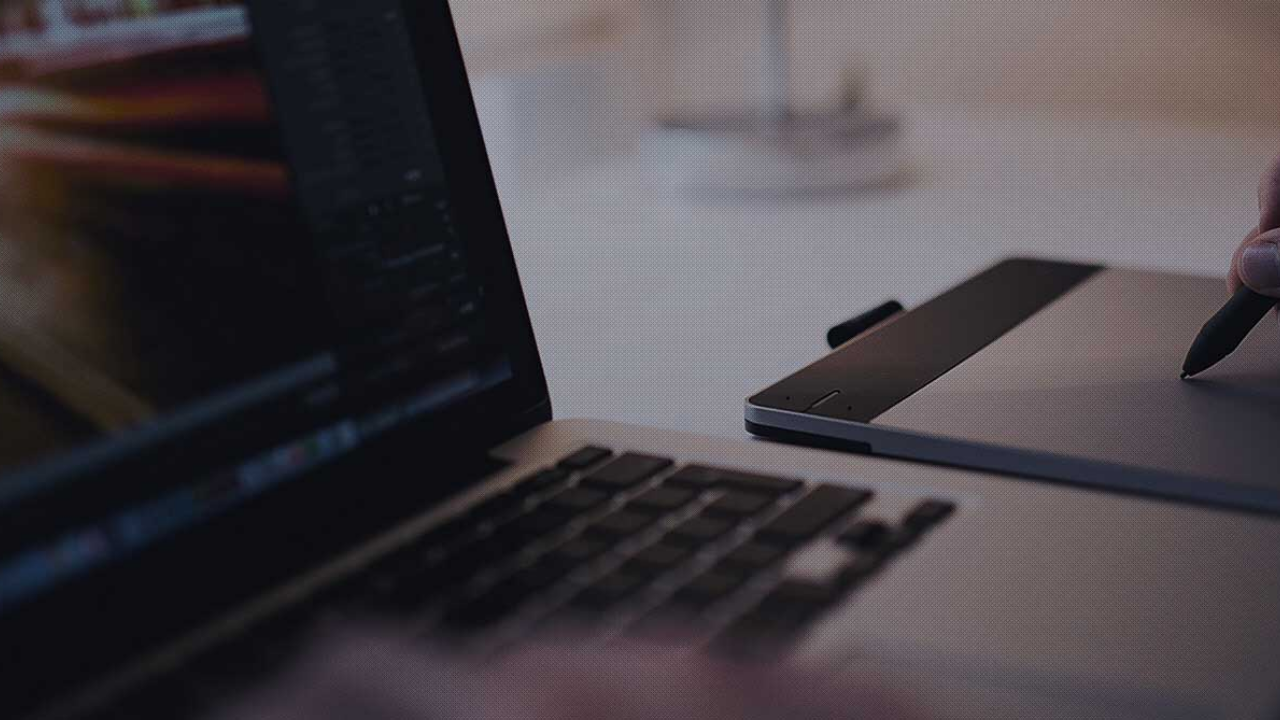
Repository: Burgess-zyl/project
Page: index.html
The author's editor kept a copy of each file at every save. The page is drawn from the files as they stood at one save, then again after the next save.
The browser window is 1280 px wide. The pictures show the whole page.

Above is the page before, as saved 2018-08-13 16:50:13.

After the next save:
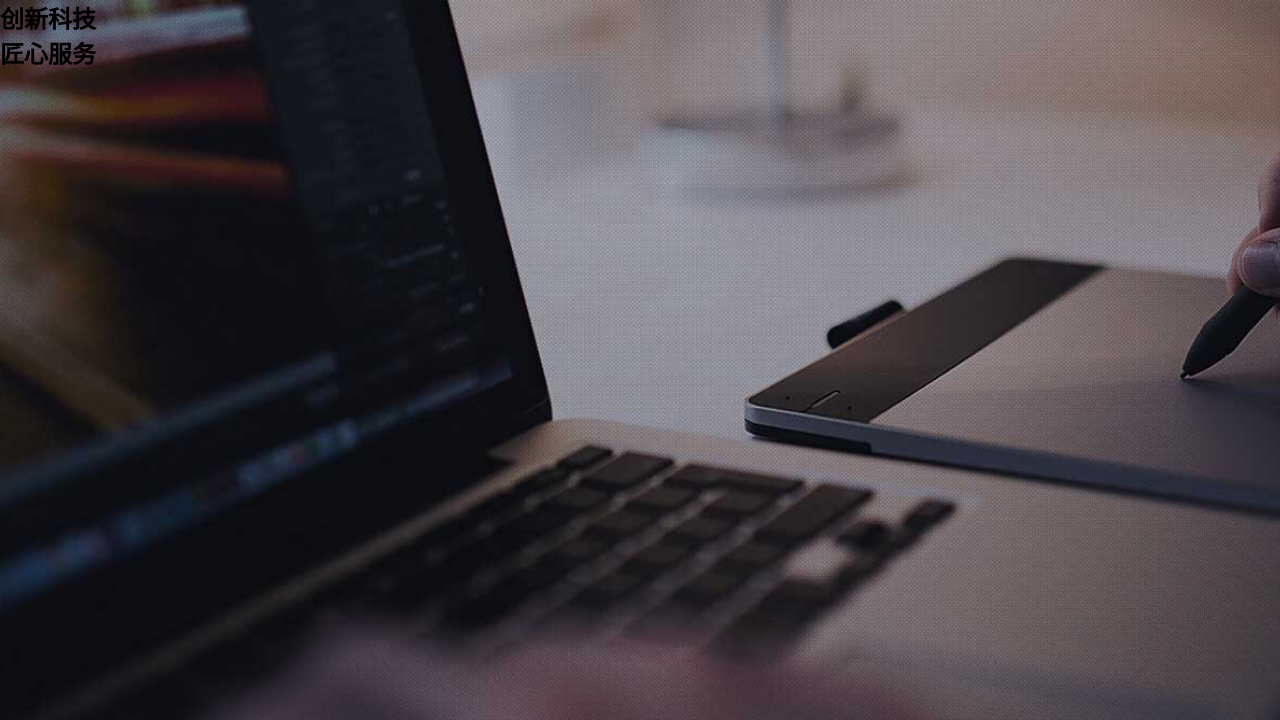
Saved 61 s later.
--- a/index.html
+++ b/index.html
@@ -30,6 +30,9 @@
     </style>
 </head>
 <body>
-    <section class="b-img"></section>
+    <section class="b-img">
+        <h1>创新科技</h1>
+        <h1>匠心服务</h1>
+    </section>
 </body>
 </html>
